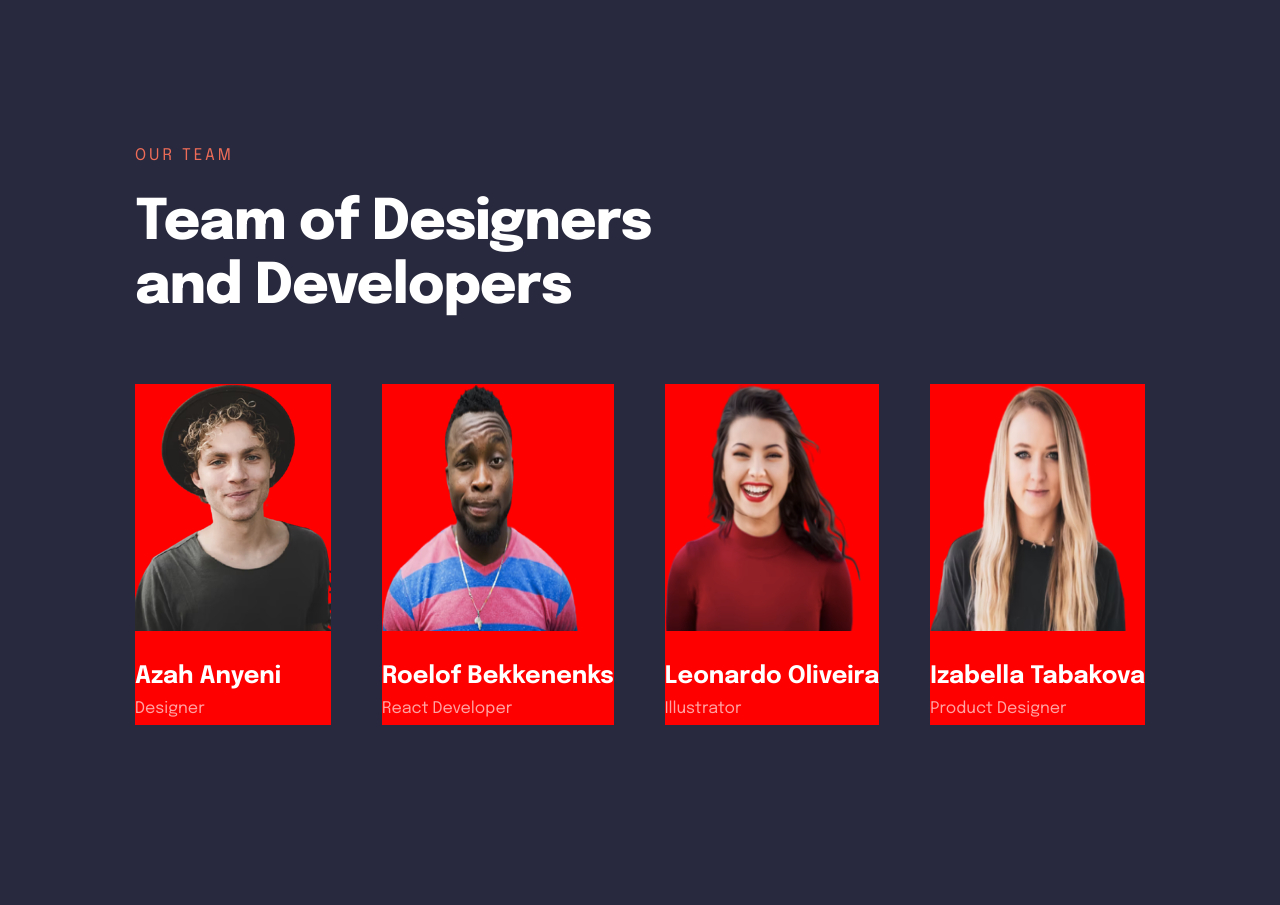
Repository: MehdiKerimov/Figma-task-10
Page: pages/teamPage/index.html
An editor plug-in stored every save of this project. The page is shown before and after the next save, followed by the edit.
The browser window is 1280 px wide. The pictures show the whole page.

Above is the page before, as saved 2023-09-09 15:22:08.

### pages/teamPage/index.html
<!DOCTYPE html>
<html lang="en">
  <head>
    <meta charset="UTF-8" />
    <meta name="viewport" content="width=device-width, initial-scale=1.0" />
    <title>Document</title>
    <link rel="stylesheet" href="index.css" />
  </head>
  <body>
    <div class="container">
      <div class="text-box">
        <h1>Our Team</h1>
        <h2>Team of Designers and Developers</h2>
      </div>
      <ul>
        <li>
          <img src="/images/Bitmap.png" alt="" />
          <p>Azah Anyeni</p>
          <a href="#">Designer</a>
        </li>

        <li>
          <img src="/images/Bitmap (3).png" alt="" />
          <p>Roelof Bekkenenks</p>
          <a href="#">React Developer</a>
        </li>

        <li>
          <img src="/images/Bitmap (4).png" alt="" />
          <p>Leonardo Oliveira</p>
          <a href="#">Illustrator</a>
        </li>
        <li>
          <img src="/images/Bitmap (5).png" alt="" />
          <p>Izabella Tabakova</p>
          <a href="#">Product Designer</a>
        </li>
      </ul>
    </div>
  </body>
</html>

### pages/teamPage/index.css
@import url("https://fonts.googleapis.com/css2?family=Epilogue:wght@400;700;800&display=swap");
* {
  padding: 0px;
  margin: 0px;
  box-sizing: border-box;
}
.container {
  padding: 140px 135px 180px 135px;
  min-height: 100vh;
  background: #28293e;
}
.container .text-box h1 {
  color: var(--Text_Light_Accent, #ef6d58);
  font-feature-settings: "clig" off, "liga" off;
  font-family: Epilogue;
  font-size: 16px;
  font-style: normal;
  font-weight: 400;
  line-height: 32px;
  letter-spacing: 3px;
  text-transform: uppercase;
}
.container .text-box h2 {
  margin-top: 20px;
  width: 531px;
  color: var(--Text_Light, #fff);
  font-feature-settings: "clig" off, "liga" off;
  font-family: Epilogue;
  font-size: 56px;
  font-style: normal;
  font-weight: 800;
  line-height: 64px;
  letter-spacing: -1px;
}
.container ul {
  display: flex;
  justify-content: space-between;
}
.container ul li {
  width: ;
  margin-top: 64px;
  list-style-type: none;
  background-color: red;
}
.container ul li img {
  width: 196px;
  height: 247px;
}
.container ul li p {
  margin-top: 26px;
  color: var(--Text_Light, #fff);
  font-feature-settings: "clig" off, "liga" off;
  font-family: Epilogue;
  font-size: 24px;
  font-style: normal;
  font-weight: 700;
  line-height: 32px;
}
.container ul li a {
  text-decoration: none;
  color: var(--Text_Light_Gray, rgba(255, 255, 255, 0.64));
  font-feature-settings: "clig" off, "liga" off;
  font-family: Epilogue;
  font-size: 16px;
  font-style: normal;
  font-weight: 400;
  line-height: 32px;
}

After the next save:
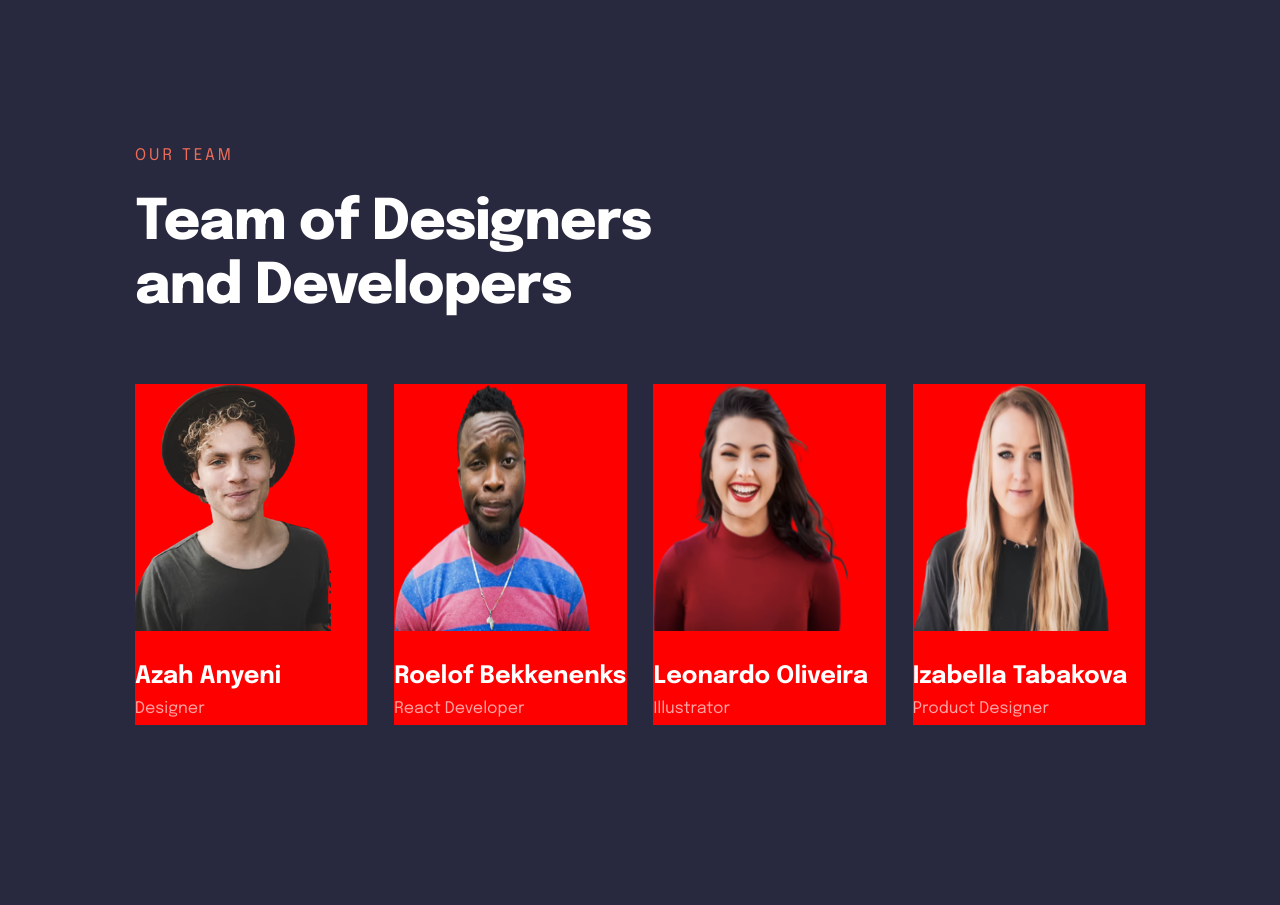
Saved 4 s later.
--- a/pages/teamPage/index.css
+++ b/pages/teamPage/index.css
@@ -37,7 +37,7 @@
   justify-content: space-between;
 }
 .container ul li {
-  width: ;
+  width: 23%;
   margin-top: 64px;
   list-style-type: none;
   background-color: red;
